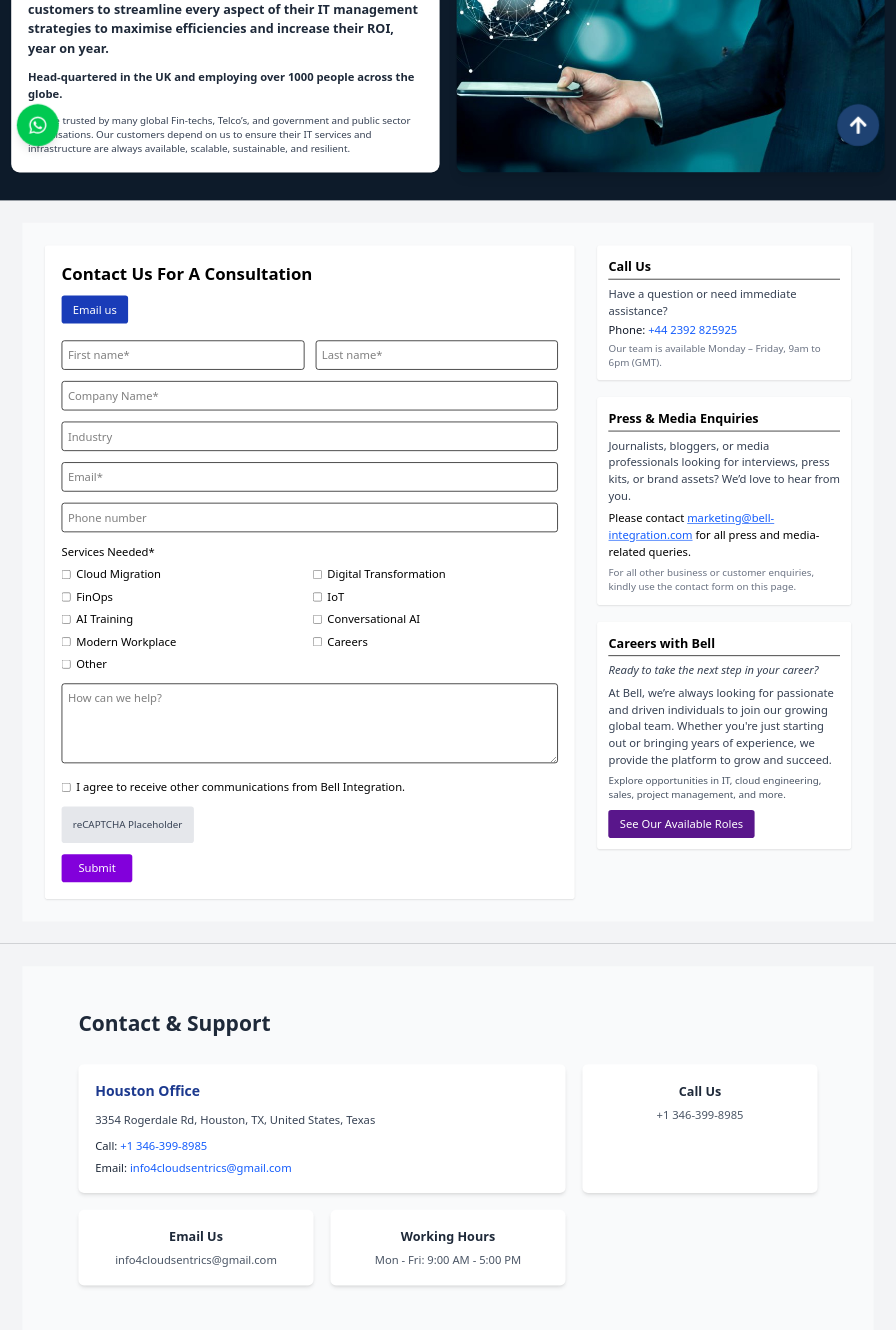
Repository: chykesure/cloudsentrics_
Page: /contact
The author's editor kept a copy of each file at every save. The page is drawn from the files as they stood at one save, then again after the next save.
The browser window is 1280 px wide. The pictures show the part of the page from y = 486 to 2386 px (the page is 3045 px tall before and 3101 px after), at 70% of full size.
Pictures or frames that could not be fetched are drawn as grey boxes. The project was rebuilt for these pictures with package versions that can differ from the ones it lists, and the page was loaded fresh each time. Also part of the build but not shown: vite.config.js, src/pages/Header.jsx, src/pages/Footer.jsx, src/pages/students/Reviews.jsx, src/pages/students/Testimony.jsx, src/pages/students/TestimonyLanding.jsx, src/pages/LandingPage.jsx, src/pages/students/Header.jsx and 41 more.

Above is the page before, as saved 2025-04-09 12:53:34.

### src/index.css
@import "tailwindcss";

@keyframes zoomInOut {
    0% {
        transform: scale(1);
    }
    100% {
        transform: scale(1.1);
    }
}

.zoom-animation {
    animation: zoomInOut 5s infinite alternate ease-in-out;

}

### src/App.jsx
import { BrowserRouter as Router, Routes, Route } from "react-router-dom";
import LandingPage from "./pages/LandingPage";
import StudentPage from "./pages/students/StudentPage";
import AboutUs from "./pages/students/AboutUs/AboutUs";
import "./App.css";
import AWS from "./pages/students/courses/AWS";
import DevSecOps from "./pages/students/courses/DevSecOps";
import AZURE from "./pages/students/courses/AZURE";
import Blogs from "./pages/students/blogs/Blogs";
import EventsPage from "./pages/students/events/EventsPage";
import FloatsButtons from "./pages/FloatsButtons";
import PartnerPage from "./pages/partners/home/PartnerPage";
import Ai from "./pages/partners/menu/ai";
import CloudSecurity from "./pages/partners/menu/cloudsecurity";
import IOT from "./pages/partners/menu/iot";
import Technology from "./pages/partners/menu/technology";
import Workplace from "./pages/partners/menu/workplace";
import InsightMenu from "./pages/partners/main_menu/insight";
import NewsPage from "./pages/partners/main_menu/news";
import CaseStudy from "./pages/partners/main_menu/casestudy";
import AboutCloud from "./pages/partners/main_menu/aboutus";
import Careers from "./pages/partners/main_menu/careers";
import ContactUs from "./pages/partners/main_menu/contact";

function App() {
  return (
    <Router>
      <div className="flex flex-col min-h-screen">
        {/* Floating Buttons will always be visible */}
        <FloatsButtons />

        <div className="flex-grow pt-20"> {/* Adjust padding-top based on header height */}
          <Routes>

            {/* Student Section */}
            <Route path="/" element={<LandingPage />} />
            <Route path="/StudentPage" element={<StudentPage />} />
            <Route path="/about" element={<AboutUs />} />
            <Route path="/courses/AWS" element={<AWS />} />
            <Route path="/courses/Azure" element={<AZURE />} />
            <Route path="/courses/DevSecOps" element={<DevSecOps />} />
            <Route path="/blog" element={<Blogs />} />
            <Route path="/events" element={<EventsPage />} />

            {/* The Partner Section */}
            <Route path="/PartnerPage" element={<PartnerPage />} />
            <Route path="/ai" element={<Ai />} />
            <Route path="/cloud-security" element={<CloudSecurity />} />
            <Route path="/iot" element={<IOT />} />
            <Route path="/technology" element={<Technology />} />
            <Route path="/modern-workplace" element={<Workplace />} />
            <Route path="/insights" element={<InsightMenu />} />
            <Route path="/news" element={<NewsPage />} />
            <Route path="/case-studies" element={<CaseStudy />} />
            <Route path="/about-cloudsentrics" element={<AboutCloud />} />
            <Route path="/careers" element={<Careers />} />
            <Route path="/contact" element={<ContactUs />} />
          </Routes>
        </div>
      </div>
    </Router>
  );
}

export default App;

### src/pages/FloatsButtons.jsx
import { FaWhatsapp, FaArrowUp } from "react-icons/fa";
import { motion } from "framer-motion";

const FloatsButtons = () => {
    const scrollToTop = () => {
        window.scrollTo({ top: 0, behavior: "smooth" });
    };

    return (
        <>
            {/* Floating WhatsApp Button (Left) */}
            <motion.a
                href="https://wa.me/message/62QVNSESZ56FC1"
                target="_blank"
                rel="noopener noreferrer"
                className="fixed bottom-6 left-6 bg-green-500 text-white p-4 rounded-full shadow-lg flex items-center justify-center z-50"
                title="Chat with us on WhatsApp"
                animate={{ y: [0, -10, 0] }}
                transition={{ duration: 1.5, repeat: Infinity, repeatType: "reverse", ease: "easeInOut" }}
                whileHover={{ scale: 1.2 }}
            >
                <FaWhatsapp size={28} />
            </motion.a>

            {/* Floating Back to Top Button (Right) */}
            <motion.button
                onClick={scrollToTop}
                className="fixed bottom-6 right-6 bg-[#1e4272] text-white p-4 rounded-full shadow-lg flex items-center justify-center z-50"
                title="Back to Top"
                animate={{ y: [0, -10, 0] }}
                transition={{ duration: 1.5, repeat: Infinity, repeatType: "reverse", ease: "easeInOut" }}
                whileHover={{ scale: 1.2 }}
            >
                <FaArrowUp size={28} />
            </motion.button>
        </>
    );
};

export default FloatsButtons;

### src/pages/partners/Header.jsx
import { useState, useEffect } from "react";
import { FaSearch, FaPhone, FaBars, FaTimes } from "react-icons/fa";
import { Link } from "react-router-dom";
import { motion } from "framer-motion";

const Header = () => {
  const [menuOpen, setMenuOpen] = useState(false);
  const [expiry, setExpiry] = useState({ days: 203, hours: 2, minutes: 43, seconds: 8 });

  useEffect(() => {
    const timer = setInterval(() => {
      setExpiry((prev) => {
        let { days, hours, minutes, seconds } = prev;
        if (seconds > 0) {
          seconds -= 1;
        } else {
          seconds = 59;
          if (minutes > 0) {
            minutes -= 1;
          } else {
            minutes = 59;
            if (hours > 0) {
              hours -= 1;
            } else {
              hours = 23;
              if (days > 0) days -= 1;
            }
          }
        }
        return { days, hours, minutes, seconds };
      });
    }, 1000);

    return () => clearInterval(timer);
  }, []);

  return (
    <header className="bg-[#1e4272] text-white flex items-center justify-between px-6 py-4 fixed top-0 left-0 w-full z-50 shadow-md">
      {/* Windows 10 Expiry Countdown */}
      <div className="flex items-center gap-3 text-sm">
        {/* Countdown content here if needed */}
      </div>

      {/* Updated Desktop Navigation with Framer Motion and React Router */}
      <motion.div
        className="hidden lg:flex flex-grow justify-center items-center space-x-6 lg:space-x-10 text-lg lg:text-xl font-semibold tracking-wide h-full"
        initial={{ opacity: 0, y: -10 }}
        animate={{ opacity: 1, y: 0 }}
        transition={{ duration: 0.6, ease: "easeOut" }}
      >
        {[
          { label: "INSIGHTS", path: "/insights" },
          { label: "NEWS", path: "/news" },
          { label: "CASE STUDIES", path: "/case-studies" },
          { label: "ABOUT CLOUD-SENTRICS", path: "/about-cloudsentrics" },
          { label: "CAREERS", path: "/careers" },
          { label: "CONTACT", path: "/contact" },
        ].map((item, index) => (
          <Link key={index} to={item.path}>
            <motion.span
              className="relative cursor-pointer transition-all duration-300 group hover:text-blue-400 whitespace-nowrap"
              whileHover={{ scale: 1.1 }}
            >
              {item.label}
              <span className="absolute left-0 bottom-0 w-0 h-[3px] bg-white transition-all duration-300 group-hover:w-full"></span>
            </motion.span>
          </Link>
        ))}
      </motion.div>

      {/* Contact and Search */}
      <div className="hidden lg:flex items-center gap-4">
        <a
          href="tel:+442392825925"
          className="flex items-center gap-1 text-sm font-semibold transition-all duration-300 hover:text-gray-300"
        >
          <FaPhone /> +1 346-399-8985
        </a>
        <button className="text-white transition-all duration-300 hover:text-gray-300">
          <FaSearch />
        </button>
      </div>

      {/* Mobile Menu Button */}
      <button
        className="lg:hidden text-xl transition-transform transform hover:scale-110"
        onClick={() => setMenuOpen(!menuOpen)}
      >
        {menuOpen ? <FaTimes /> : <FaBars />}
      </button>

      {/* Mobile Navigation with Slide-in Effect */}
      <div
        className={`fixed top-14 left-0 w-full bg-[#1e4272] shadow-md p-4 flex flex-col items-center gap-4 text-sm transform transition-transform duration-500 ${
          menuOpen ? "translate-x-0" : "-translate-x-full"
        }`}
      >
        {["Powering Cloud-Integrated Digital Transformation"].map((item, index) => (
          <a key={index} href="#" className="text-3xl font-semibold transition-all duration-300 hover:scale-110">
            {item}
          </a>
        ))}
        <a href="tel:+442392825925" className="flex items-center gap-1 text-sm font-semibold">
          <FaPhone /> +1 346-399-8985
        </a>
        <button className="text-white transition-all duration-300 hover:text-gray-300">
          <FaSearch />
        </button>
      </div>
    </header>
  );
};

export default Header;

### src/pages/partners/home/Footer.jsx
import React from 'react';
import { FaLinkedin, FaXTwitter, FaInstagram } from 'react-icons/fa6';
import { Link } from 'react-router-dom';

function Footer() {
    return (
        <footer className="bg-white text-black py-6 border-t border-gray-300 text-sm w-full">
            <div className="w-full px-6 lg:px-12">
                {/* Main Footer Section */}
                <div className="flex flex-col md:flex-row justify-between items-center text-center md:text-left">
                    <h3 className="font-bold text-lg text-blue-900">Powering Cloud-Integrated Digital Transformation</h3>

                    {/* Social Icons */}
                    <div className="flex space-x-4 mt-4 md:mt-0">
                        <a href="https://www.linkedin.com/posts/cloud-sentrics_cloud-sentrics-linkedin-activity-7291379079860117505-ve54?utm_source=share&utm_medium=member_android" target="_blank" rel="noopener noreferrer" className="text-gray-600 hover:text-black">
                            <FaLinkedin size={20} />
                        </a>
                        <a href="https://x.com/CloudSentrics" target="_blank" rel="noopener noreferrer" className="text-gray-600 hover:text-black">
                            <FaXTwitter size={20} />
                        </a>
                        <a href="https://www.instagram.com/cloudsentrics/" target="_blank" rel="noopener noreferrer" className="text-gray-600 hover:text-black">
                            <FaInstagram size={20} />
                        </a>
                    </div>
                </div>

                {/* Footer Links */}
                <div className="mt-4 text-center md:text-left">
                    <p>© {new Date().getFullYear()} All rights reserved |
                        <Link to="#" className="ml-2 hover:text-blue-600">Privacy Notice</Link> |
                        <Link to="#" className="ml-2 hover:text-blue-600">Terms & Conditions</Link> |
                        <Link to="#" className="ml-2 hover:text-blue-600">Website T&Cs</Link> |
                        <Link to="#" className="ml-2 hover:text-blue-600">Cookies Policy</Link> |
                        <Link to="#" className="ml-2 hover:text-blue-600">Anti-Slavery Policy</Link> |
                        <Link to="#" className="ml-2 hover:text-blue-600">Sitemap</Link> |
                        <Link to="#" className="ml-2 hover:text-blue-600">Learn more</Link>
                    </p>
                </div>
            </div>
        </footer>
    );
}

export default Footer;

### src/pages/partners/main_menu/contactmap.jsx
import React from "react";

const ContactMap = () => {
    return (
        <div className="bg-[#f9fafb] pt-16 px-4 sm:px-6 lg:px-20">
            <h2 className="text-3xl font-semibold text-gray-800 mb-10">Contact & Support</h2>

            {/* Unified Grid: Office Info + Bottom Info Boxes */}
            <div className="grid grid-cols-1 md:grid-cols-3 gap-6 mb-16">
                {/* Office Info - spans all on small screens, two cols on medium+ */}
                <div className="bg-white rounded-lg shadow-md p-6 md:col-span-2">
                    <h3 className="text-xl font-bold text-blue-900 mb-4">Houston Office</h3>
                    <p className="text-gray-700 mb-3">
                        3354 Rogerdale Rd, Houston, TX, United States, Texas
                    </p>
                    <p className="text-gray-800 font-medium mb-2">
                        Call:{" "}
                        <a href="tel:+13463998985" className="text-blue-600">
                            +1 346-399-8985
                        </a>
                    </p>
                    <p className="text-gray-800 font-medium">
                        Email:{" "}
                        <a href="mailto:info4cloudsentrics@gmail.com" className="text-blue-600">
                            info4cloudsentrics@gmail.com
                        </a>
                    </p>
                </div>

                {/* Single Box */}
                <div className="bg-white rounded-lg shadow-md p-6 text-center">
                    <h4 className="text-lg font-semibold text-gray-800 mb-2">Call Us</h4>
                    <p className="text-gray-600">+1 346-399-8985</p>
                </div>

                {/* Second row of boxes */}
                <div className="bg-white rounded-lg shadow-md p-6 text-center">
                    <h4 className="text-lg font-semibold text-gray-800 mb-2">Email Us</h4>
                    <p className="text-gray-600">info4cloudsentrics@gmail.com</p>
                </div>
                <div className="bg-white rounded-lg shadow-md p-6 text-center">
                    <h4 className="text-lg font-semibold text-gray-800 mb-2">Working Hours</h4>
                    <p className="text-gray-600">Mon - Fri: 9:00 AM - 5:00 PM</p>
                </div>
            </div>

            {/* Full-Width Map */}
            <div className="w-full">
                <iframe
                    title="Houston Office Map"
                    src="https://www.google.com/maps/embed?pb=!1m18!1m12!1m3!1d13807.84773977804!2d-95.56307065!3d29.72636405!2m3!1f0!2f0!3f0!3m2!1i1024!2i768!4f13.1!3m3!1m2!1s0x8640c4fd9d2f11d1%3A0x3dcb9674fa5e6f01!2s3354%20Rogerdale%20Rd%2C%20Houston%2C%20TX%2077036%2C%20USA!5e0!3m2!1sen!2sng!4v1712663541234!5m2!1sen!2sng"
                    width="100%"
                    height="450"
                    style={{ border: "0" }}
                    allowFullScreen=""
                    loading="lazy"
                ></iframe>
            </div>
        </div>
    );
};

export default ContactMap;

Loaded but not shown: index.html (common file); src/main.jsx (common file); src/pages/students/AboutUs/AboutUs.jsx (399 lines, source omitted); src/pages/partners/main_menu/contactother.jsx (215 lines, source omitted); src/pages/partners/main_menu/contact.jsx (117 lines, source omitted)

After the next save:
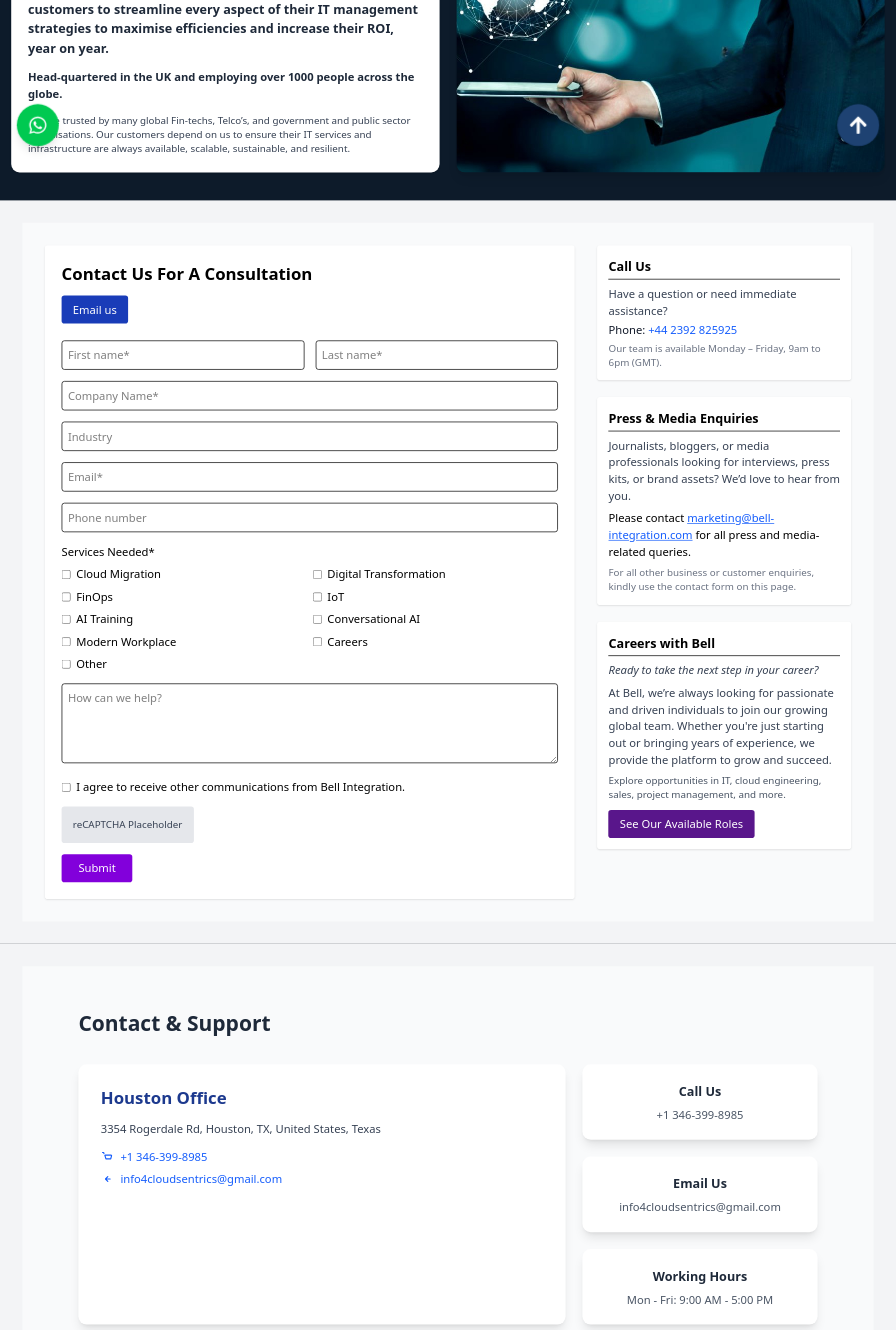
Saved 46 s later.
--- a/src/pages/partners/main_menu/contactmap.jsx
+++ b/src/pages/partners/main_menu/contactmap.jsx
@@ -7,42 +7,51 @@
 
             {/* Unified Grid: Office Info + Bottom Info Boxes */}
             <div className="grid grid-cols-1 md:grid-cols-3 gap-6 mb-16">
-                {/* Office Info - spans all on small screens, two cols on medium+ */}
-                <div className="bg-white rounded-lg shadow-md p-6 md:col-span-2">
-                    <h3 className="text-xl font-bold text-blue-900 mb-4">Houston Office</h3>
-                    <p className="text-gray-700 mb-3">
+                {/* Main Office Info */}
+                <div className="bg-white rounded-xl shadow-lg p-8 md:col-span-2">
+                    <h3 className="text-2xl font-bold text-blue-900 mb-4">Houston Office</h3>
+                    <p className="text-gray-700 mb-4">
                         3354 Rogerdale Rd, Houston, TX, United States, Texas
                     </p>
-                    <p className="text-gray-800 font-medium mb-2">
-                        Call:{" "}
-                        <a href="tel:+13463998985" className="text-blue-600">
+                    <p className="text-gray-800 font-medium mb-2 flex items-center gap-2">
+                        <svg className="w-5 h-5 text-blue-600" fill="none" stroke="currentColor" strokeWidth="2"
+                            viewBox="0 0 24 24">
+                            <path strokeLinecap="round" strokeLinejoin="round"
+                                d="M3 5h2l.4 2M7 10l1.8 6H17l1.4-5.2a1 1 0 0 0-.9-1.3H7.8" />
+                        </svg>
+                        <a href="tel:+13463998985" className="text-blue-600 hover:underline">
                             +1 346-399-8985
                         </a>
                     </p>
-                    <p className="text-gray-800 font-medium">
-                        Email:{" "}
-                        <a href="mailto:info4cloudsentrics@gmail.com" className="text-blue-600">
+                    <p className="text-gray-800 font-medium flex items-center gap-2">
+                        <svg className="w-5 h-5 text-blue-600" fill="none" stroke="currentColor" strokeWidth="2"
+                            viewBox="0 0 24 24">
+                            <path strokeLinecap="round" strokeLinejoin="round"
+                                d="M16 12H8m0 0l4-4m-4 4l4 4" />
+                        </svg>
+                        <a href="mailto:info4cloudsentrics@gmail.com" className="text-blue-600 hover:underline">
                             info4cloudsentrics@gmail.com
                         </a>
                     </p>
                 </div>
 
-                {/* Single Box */}
-                <div className="bg-white rounded-lg shadow-md p-6 text-center">
-                    <h4 className="text-lg font-semibold text-gray-800 mb-2">Call Us</h4>
-                    <p className="text-gray-600">+1 346-399-8985</p>
-                </div>
-
-                {/* Second row of boxes */}
-                <div className="bg-white rounded-lg shadow-md p-6 text-center">
-                    <h4 className="text-lg font-semibold text-gray-800 mb-2">Email Us</h4>
-                    <p className="text-gray-600">info4cloudsentrics@gmail.com</p>
-                </div>
-                <div className="bg-white rounded-lg shadow-md p-6 text-center">
-                    <h4 className="text-lg font-semibold text-gray-800 mb-2">Working Hours</h4>
-                    <p className="text-gray-600">Mon - Fri: 9:00 AM - 5:00 PM</p>
+                {/* Quick Contact Boxes */}
+                <div className="grid grid-cols-1 gap-6">
+                    <div className="bg-white rounded-xl shadow-lg p-6 text-center">
+                        <h4 className="text-lg font-semibold text-gray-800 mb-2">Call Us</h4>
+                        <p className="text-gray-600">+1 346-399-8985</p>
+                    </div>
+                    <div className="bg-white rounded-xl shadow-lg p-6 text-center">
+                        <h4 className="text-lg font-semibold text-gray-800 mb-2">Email Us</h4>
+                        <p className="text-gray-600">info4cloudsentrics@gmail.com</p>
+                    </div>
+                    <div className="bg-white rounded-xl shadow-lg p-6 text-center">
+                        <h4 className="text-lg font-semibold text-gray-800 mb-2">Working Hours</h4>
+                        <p className="text-gray-600">Mon - Fri: 9:00 AM - 5:00 PM</p>
+                    </div>
                 </div>
             </div>
+
 
             {/* Full-Width Map */}
             <div className="w-full">
